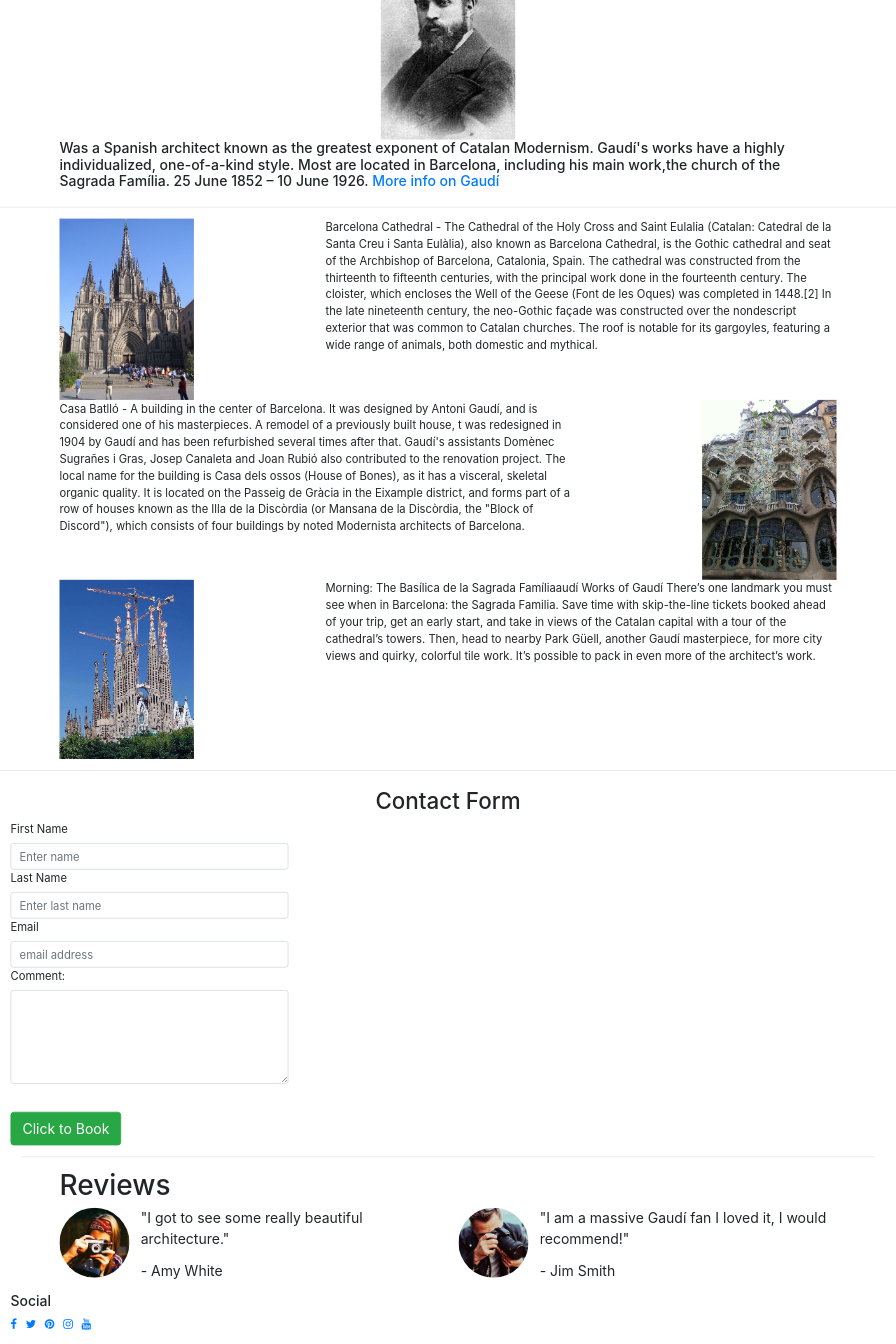
Repository: Taitdanielle/Milestone1
Page: index.html
The author's editor kept a record of every edit. The page is drawn from the files as they stood at one moment, then again after the next edit.
The browser window is 1280 px wide. The pictures show the part of the page from y = 1025 to 2945 px (the page is 2945 px tall), at 70% of full size.

Above is the page before.

After the next edit:
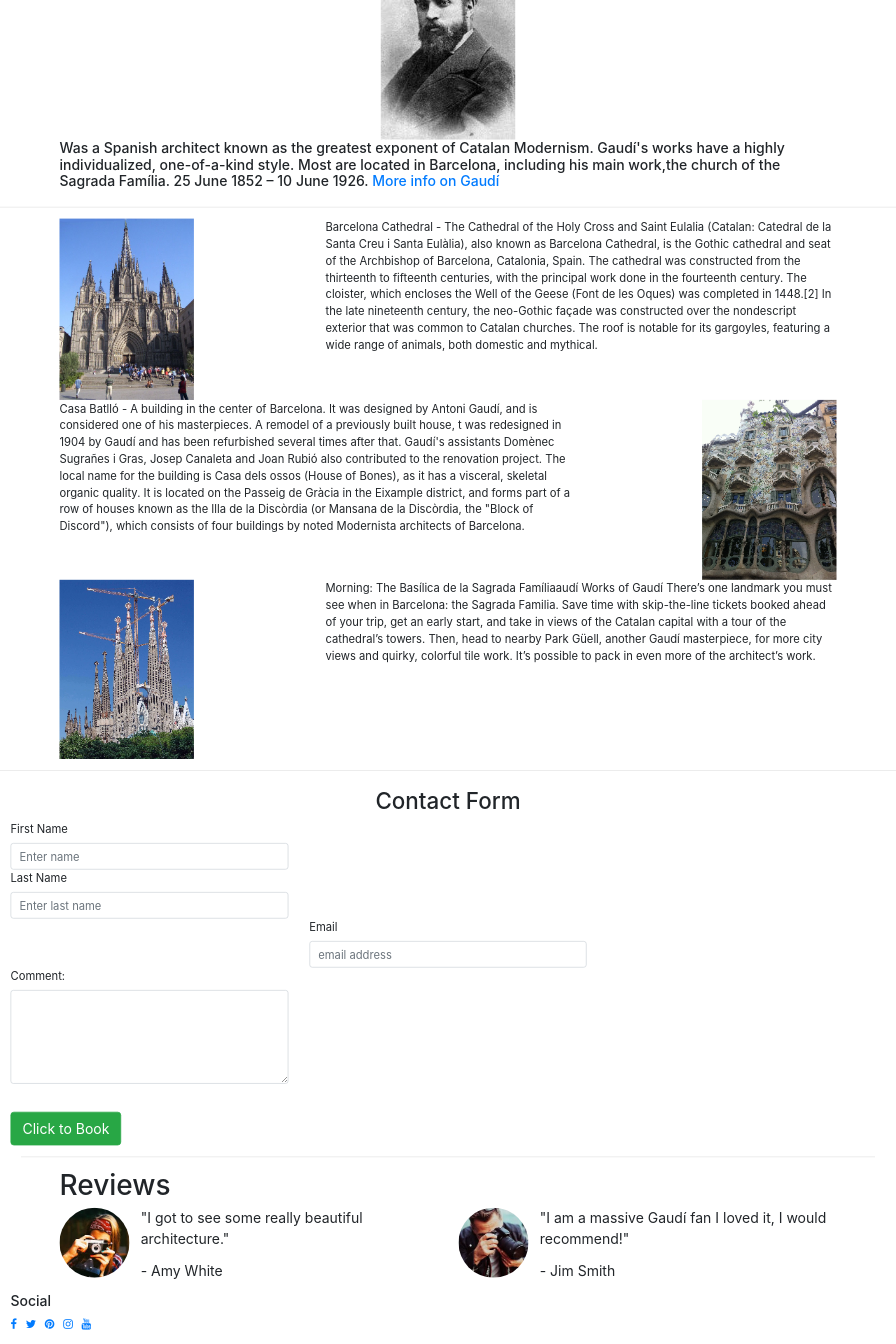
The edit:
--- a/index.html
+++ b/index.html
@@ -185,7 +185,7 @@
                 </div>
             </div>
             <div class="row">
-                <div class="col-md-4">
+                <div class="col-md-4 offset-md-4">
                     <label for="email">Email</label>
                     <input type="email" class="form-control" name="email required" id="email" placeholder="email address">
                 </div>
